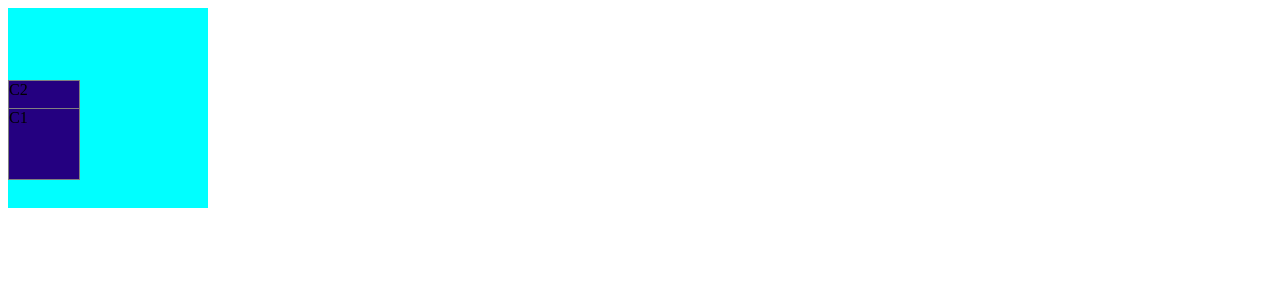
Repository: nepali2385/FUll-stack-practice
Page: Day5/Day5/position.html
An editor plug-in stored every save of this project. The page is shown before and after the next save, followed by the edit.
The browser window is 1280 px wide. The pictures show the whole page.

Above is the page before, as saved 2024-08-27 15:56:13.

### Day5/Day5/position.html
<!DOCTYPE html>
<html lang="en">
<head>
    <meta charset="UTF-8">
    <meta name="viewport" content="width=device-width, initial-scale=1.0">
    <title>Document</title>
    <link rel="stylesheet" href="position.css">
</head>
<body>
    <!-- Position in css -->
    <div class="p">
        <div class="c1">C1</div>
        <div class="c2">C2</div>
    </div>
</body>
</html>

### Day5/Day5/position.css
/* Positions in css */
.p{
    height:200px;
    width:200px;
    background-color: aqua;
}
.c1,.c2{
    height:70px;
    width:70px;
    background-color: rgb(36, 0, 128);
    border:1px solid grey;
}
.c1{
    position:relative;
    top:100px

}

After the next save:
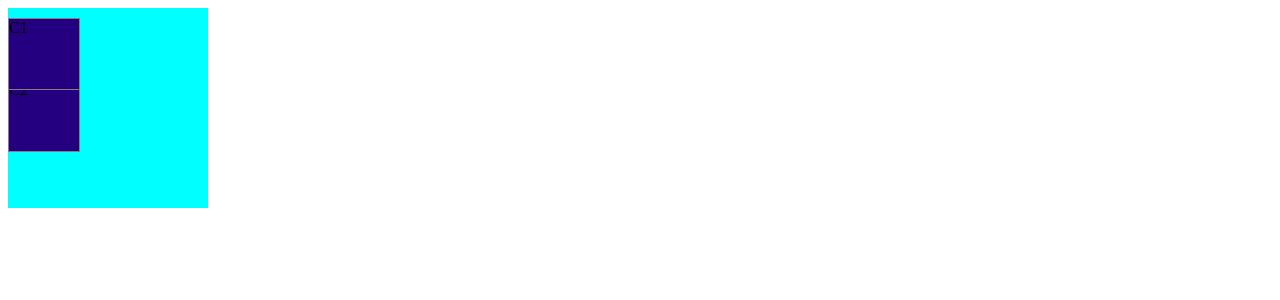
Saved 6 s later.
--- a/Day5/Day5/position.css
+++ b/Day5/Day5/position.css
@@ -12,6 +12,6 @@
 }
 .c1{
     position:relative;
-    top:100px
+    top:10px
 
 }
